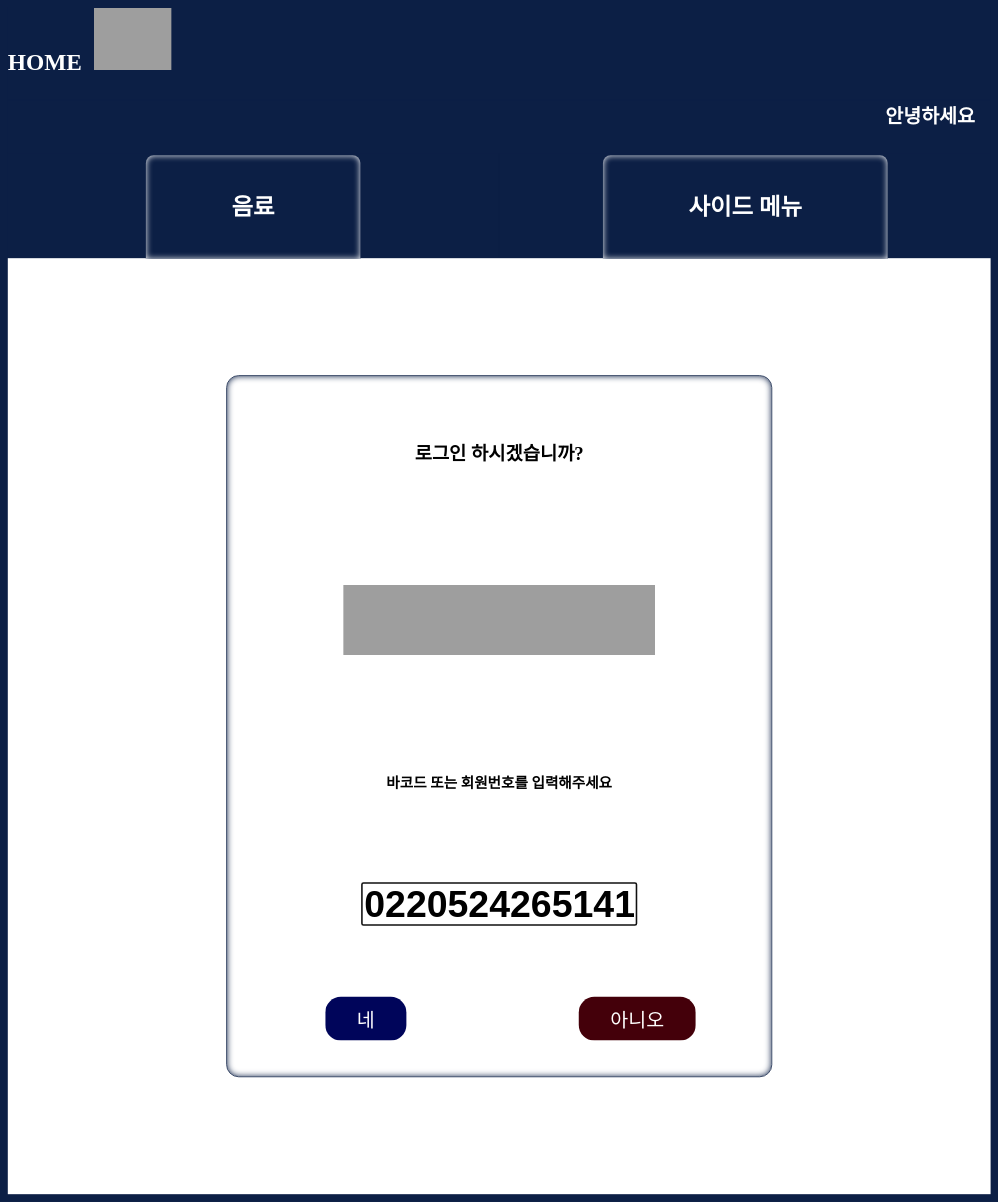
Repository: DevJoeYC/Metabukcs
Page: http://localhost/metabucks/KIOSK/login.jsp
The author's editor kept a copy of each file at every save. The page is drawn from the files as they stood at one save, then again after the next save.
The browser window is 1280 px wide. The pictures show the whole page, at 78% of full size.
Pictures or frames that could not be fetched are drawn as grey boxes. The page is served by Tomcat 9. Other server files are loaded and not shown.

Above is the page before, as saved 2022-05-27 05:42:26.

### metabucks/WebContent/KIOSK/login.jsp
<%@ page language="java" contentType="text/html; charset=UTF-8"
    pageEncoding="UTF-8"%>
<%@ include file="includes/head.jsp" %>
<script>
	window.onload = function()
	{
		$("#usernum").focus();
	}

	function DoLogin()
	{
		if($("#usernum").val() == "" || $("#usernum").val() == null)

		{
			alert("회원번호를 입력하세요.");
			$("#usernum").focus();
			return;
		}

		//로그인 처리
		$.ajax({
			type : "post",
			url: "loginok.jsp",
			dataType: "html",
			data:
			{
				usernum: $("#usernum").val()
		    },
			success : function(data)
			{
				data = data.trim();
				if(data == "OK")
				{
					document.location = "drinkmenu.jsp";
				}else
				{
					alert("회원번호가 일치하지 않습니다.");
				}
			}
		});
	}
</script>
<!-- ==================================================================================================================== -->
<tr>
	<td style="background-color:white;padding:150px 0px 150px 0px" colspan=3>
		<form name="login" method="post" action="loginok.jsp" onsubmit="javascript:return false;">
		<table id="login" border="0" height="900" width="700" style="margin : auto; text-align:center">
			<tr>
				<td colspan="2"><h2>로그인 하시겠습니까?</h2></td>
			</tr>
			<tr>
				<td colspan="2"><img src="images/barcode.png" width="400" height="90"></td>
			</tr>
			<tr>
				<td colspan=2><h3>바코드 또는 회원번호를 입력해주세요</h3></td>
			</tr>

			<tr>
				<td colspan=2><input type="text"
									 id="usernum"
									 name="usernum"
									 style="width:50%; height:50px;font-size:3rem;font-weight:bold"
									 value="0220524265141">
				</td>
			</tr>

			<tr>
				<td width="350px"><a id="yes" href="javascript:DoLogin();">네</a></td>
				<td><span><a id="no" href="drinkmenu.jsp">아니오</a></span></td>
			</tr>
		</table>
		</form>
	</td>
<!-- ==================================================================================================================== -->
<%@ include file="includes/tail.jsp" %>

### metabucks/WebContent/KIOSK/includes/head.jsp
<%@ page language="java" contentType="text/html; charset=UTF-8"
    pageEncoding="UTF-8"%>
<%@ page import="meta.dto.*" %>
<%@ page import="meta.vo.*" %>
<!DOCTYPE html>

<%
	//session.setMaxInactiveInterval(60*1); //1분후 세션만료(아무 움직임 없을시)
	String id = "";
	accountVO user  = (accountVO) session.getAttribute("accountVO");
	if(user != null)
	{
		id = user.id();
	}
%>
<html>
	<head>

		<title>메타벅스</title>
		<link rel="stylesheet" href="css/kiosk.css"/>
		<script src="js/jquery-3.6.0.js"></script>
	</head>
	<style>

    	</style>
	<body>
		<table border=0  style="width:100%;">
			<tr>
				<td id="bar" colspan="2" style="text-align:left;padding:0px 0px 30px 0px"><a style="color: white;text-decoration:none;" href="index.jsp">HOME &nbsp;<img src="images/CoffeeLogo.png" height="80px" width="100px"></a></td>
			</tr>
			<tr>
				<td id="bar" colspan="2" style="text-align:right; width:100px; height:30px; font-size:25px; padding:0px 20px 30px 0px">
					<%
						if(id == null || id.equals(""))
						{
							%>
								안녕하세요
							<%
						}else
						{
							%>
							( <%= user.name() %> )님 환영합니다 &nbsp;&nbsp;&nbsp;<a id="mypagebtn" href="mypage.jsp">마이페이지</a></td>
							<%
						}
					%>
				</td>
			</tr>
			<tr>
				<td id="bar"  height="130px" width="100px" style="text-align:center"><a id="menu" style="color: white" href="drinkmenu.jsp">음료</a></td>
				<td id="bar" width="130px" style="text-align:center"><a id="menu" style="color: white" href="sidemenu.jsp">사이드 메뉴</a></td>
			</tr>

### metabucks/WebContent/KIOSK/includes/tail.jsp
<%@ page language="java" contentType="text/html; charset=UTF-8"
    pageEncoding="UTF-8"%>
</tr>
		</table>
	</body>
	</html>

### metabucks/WebContent/KIOSK/css/kiosk.css
@charset "UTF-8";

	#indexbar
	{
		font-size:30px
	}
	#abtn
	{
		text-decoration: none;
		background-color: #0C1F45;
		border:dotted;
		color: maroon;
		padding:80px 300px 80px 300px ;
		text-align: center;
		display: inline-block;
		border-radius: 20px 20px 20px 20px;
	}
	#abtn:hover, #abtn:active
	{
		background-color: #471214;
	}

	body
	{
		background-color:#0C1F45;
	}

	#login
	{
		background-color:white;
		border:1px solid #0C1F45;
		border-radius:16px;
		box-shadow:inset 0 0 8px #0C1F45;
	}
	#bar
	{
		background-color:#0C1F45;
		color:white;
		font-size:30px;
		font-weight:bold;
	}
	#menu
	{
		background-color: #0C1F45;
		text-decoration: none;
		padding: 50px 110px;
		border-radius: 10px 10px 0px 0px;
		box-shadow:inset 0 0 8px white;
		font-weight:bold;
	}
	#menu:hover
	{
		background-color: #471214;
	}
	#yes
	{
		text-decoration: none;
		background-color: #00055A;
		color: white;
		padding: 10px 40px;
		text-align: center;
		display: inline-block;
		border-radius: 20px 20px 20px 20px;
		font-size:25px;
	}
	#no
	{
		text-decoration: none;
		background-color: #44000A;
		color: white;
		padding: 10px 40px;
		text-align: center;
		display: inline-block;
		border-radius: 20px 20px 20px 20px;
		font-size:25px;
	}

	#optbtn
	{
		background-Color:#0C1F45;
		font:12px;
		font-weight:bold;
		color:white;
		border-radius: 10px 10px 10px 10px;
		font-size:20px;
	}
	#optbtn:hover
	{
		background-Color:#085820;
	}
	#optbtn:visited
	{
		background-Color:#085820;
	}
	#mypagebtn
	{
		text-decoration: none;
		background-color: white;
		color:black;
		padding: 10px 20px;
		display: inline-block;
		border-radius: 20px 20px 20px 20px;
		font-weight:bold;
		font-size:15px
	}

	#orderbtn
	{
		text-decoration: none;
		background-color: white;
		color: black;
		padding: 30px 190px;
		display: inline-block;
		border-radius: 10px 10px 10px 10px;;
		font-weight:bold;
		font-size:30px
	}
	#cancelbtn
	{
		text-decoration: none;
		background-color: #660010;
		color: white;
		padding: 60px 100px;
		display: inline-block;
		border-radius: 10px 10px 10px 10px;;
		font-weight:bold;
		font-size:30px;
	}

Loaded but not shown: metabucks/WebContent/KIOSK/js/jquery-3.6.0.js (library)

After the next save:
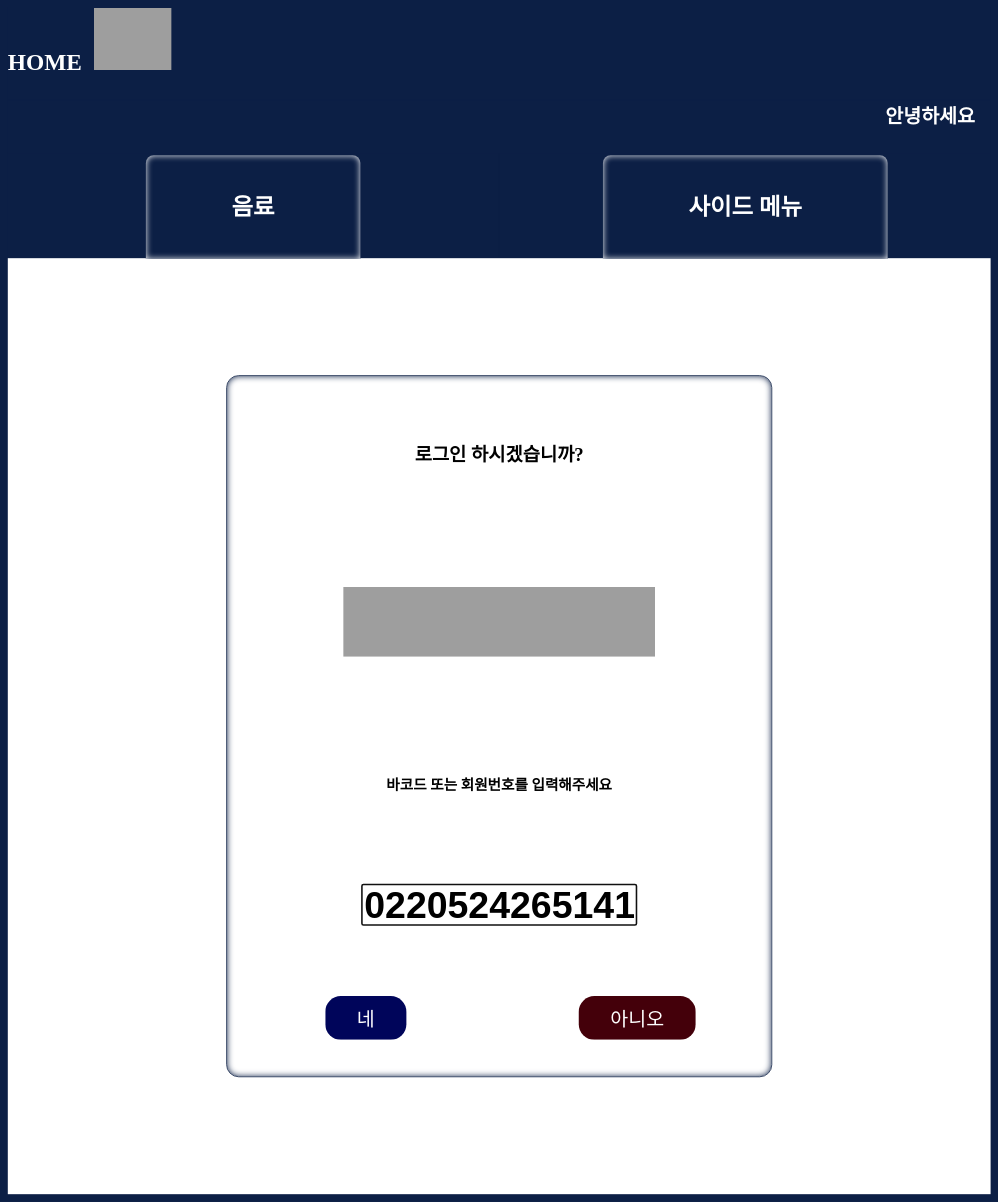
Saved 9 s later.
--- a/metabucks/WebContent/KIOSK/login.jsp
+++ b/metabucks/WebContent/KIOSK/login.jsp
@@ -59,7 +59,7 @@
 				<td colspan=2><input type="text"
 									 id="usernum"
 									 name="usernum"
-									 style="width:50%; height:50px;font-size:3rem;font-weight:bold"
+									 style="width:50%; height:3rem;font-size:3rem;font-weight:bold"
 									 value="0220524265141">
 				</td>
 			</tr>
